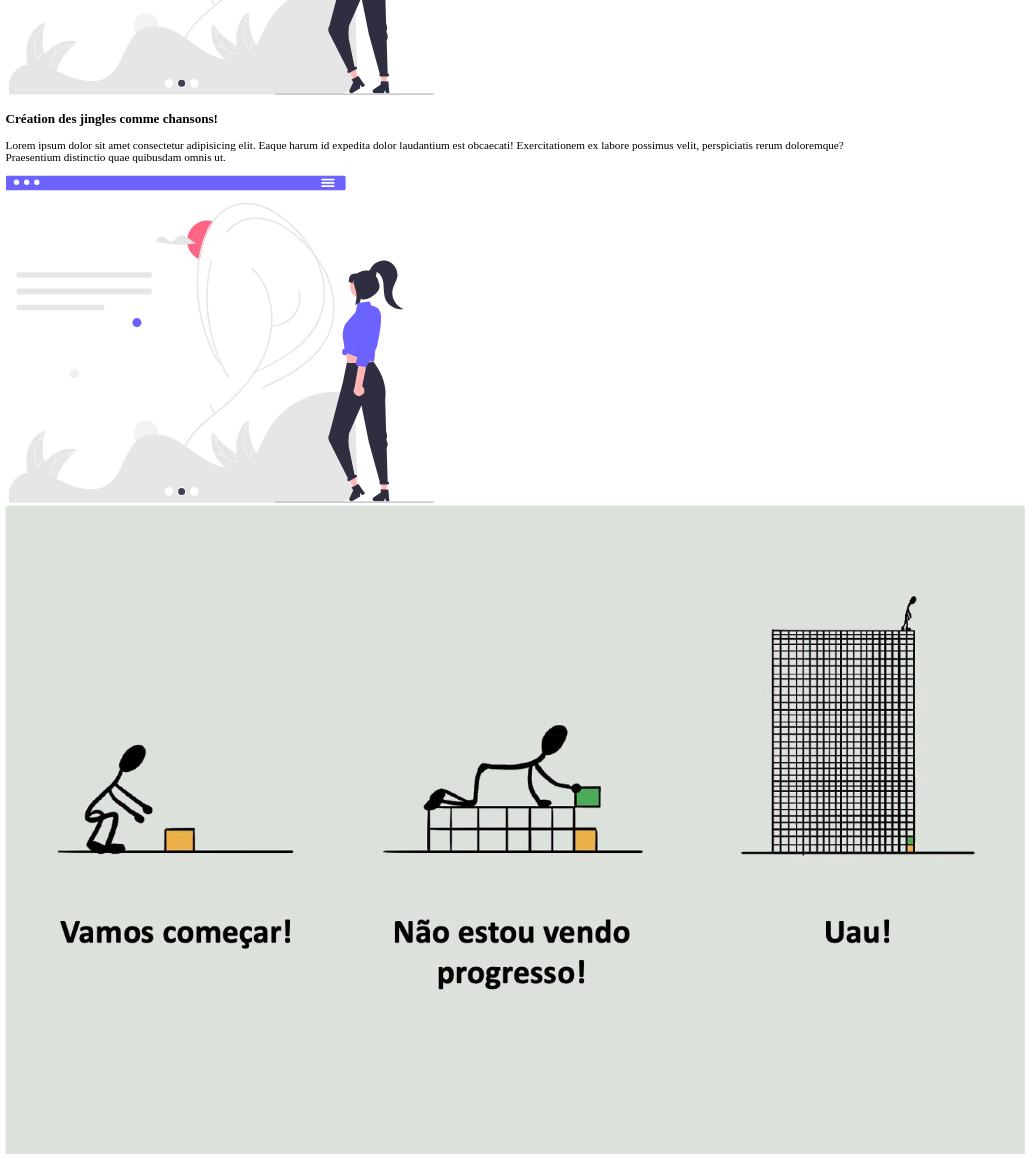
Repository: MarcioFreitasUFSC21/Proejct00
Page: ExampleSite/Assets/index2.html
These files come from the project's save history. The page is drawn as it stood at one moment and after the next save; the edit follows.
The browser window is 1280 px wide. The page is 1464 px wide, so the pictures cover 1464 px, including what lies to the right of the window. The pictures show the part of the page from y = 1752 to 3432 px (the page is 3412 px tall before and 3590 px after), at 70% of full size.

Above is the page before, as saved 2023-03-18 17:44:27.

After the next save:
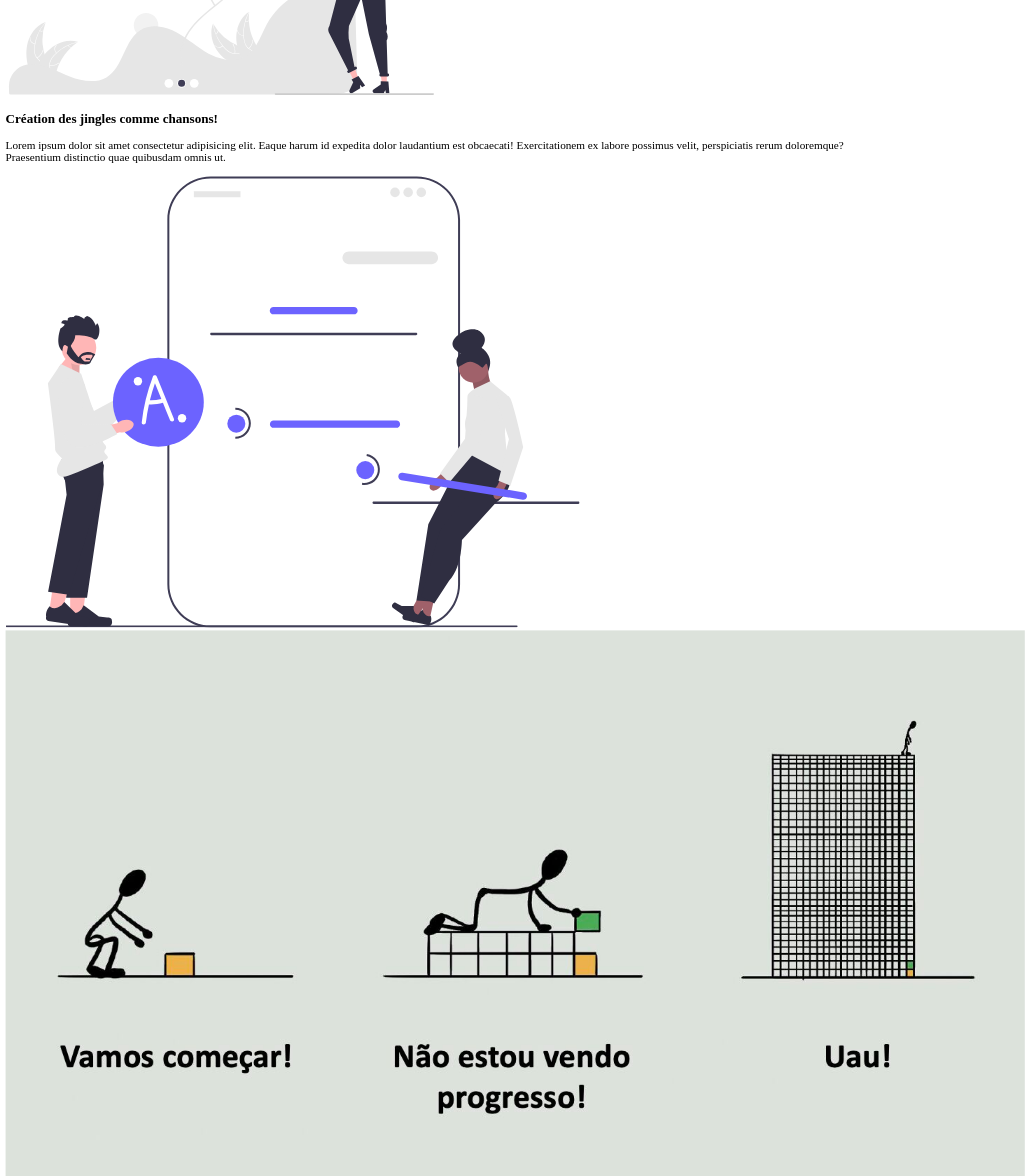
Saved 10 s later.
--- a/ExampleSite/Assets/index2.html
+++ b/ExampleSite/Assets/index2.html
@@ -47,7 +47,7 @@
                 <h3>Création des jingles comme chansons!</h3>
                 <p> Lorem ipsum dolor sit amet consectetur adipisicing elit. Eaque harum id expedita dolor laudantium est obcaecati! Exercitationem ex labore possimus velit, perspiciatis rerum doloremque? Praesentium distinctio quae quibusdam omnis ut.</p>
                 <div>
-                    <img src="Assets/img2/site.svg">
+                    <img src="Assets/img2/jingle.svg">
                 </div>
             </article>
 
